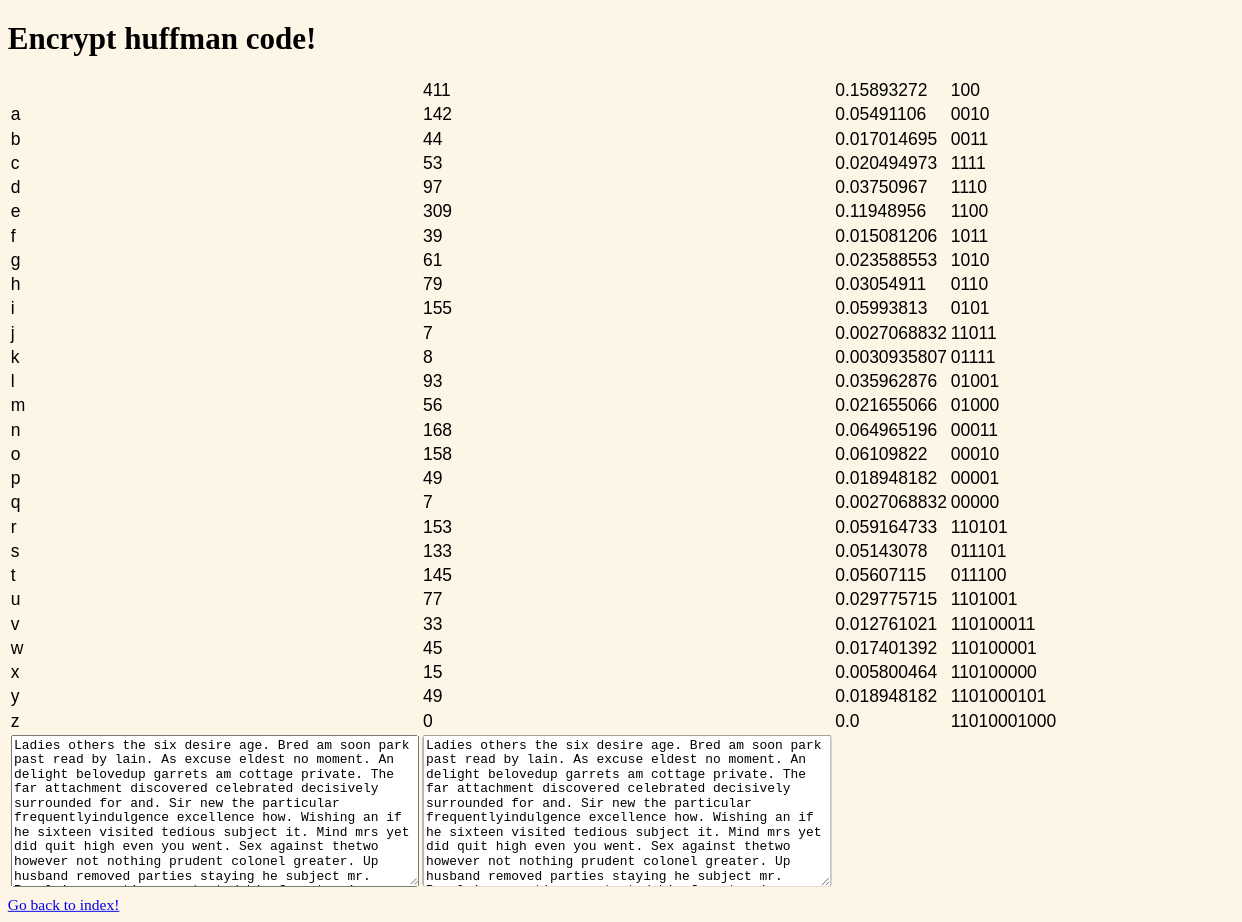
Repository: derekpwwong/jee-workspace
Page: http://localhost/WebServlet/ServletEncryptHuffmanCode
These files come from the project's save history. The page is drawn as it stood at one moment and after a run of saves; the edit follows.
The browser window is 1280 px wide. The pictures show the whole page, at 97% of full size.
The page is served by Tomcat 9.

Above is the page before, as saved 2016-10-29 17:49:42.

After the next 2 saves:
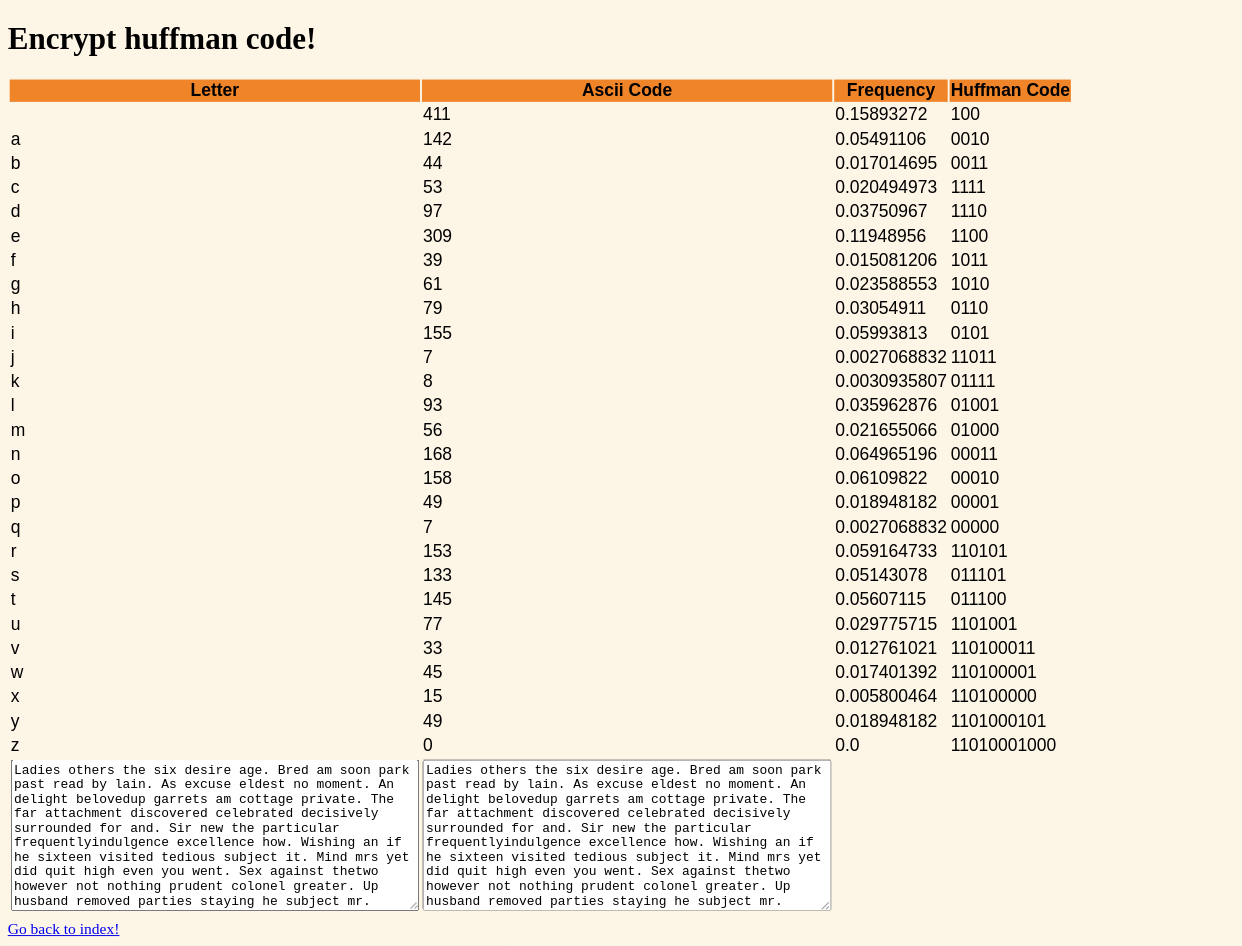
The 2 saves are shown as one change because 1 did not build or start.
The last was saved 4 min 10 s later.
--- a/workspace/workspace/WebServlet/src/servletEncryptHuffmanCode/ServletEncryptHuffmanCode.java
+++ b/workspace/workspace/WebServlet/src/servletEncryptHuffmanCode/ServletEncryptHuffmanCode.java
@@ -24,6 +24,7 @@ public class ServletEncryptHuffmanCode extends HttpServlet{
 				"</head> \n <body bgcolor=\"#fdf5e6\">\n" +
 				"<h1>Encrypt huffman code!</h1>\n"+
 				"<table>"+
+				"<th>Letter</th><th>Ascii Code</th><th>Frequency</th><th>Huffman Code</th>"+
 				EncryptHuffmanCode.displayTable()+
 				"<tr>"+
 				"<td>"+
